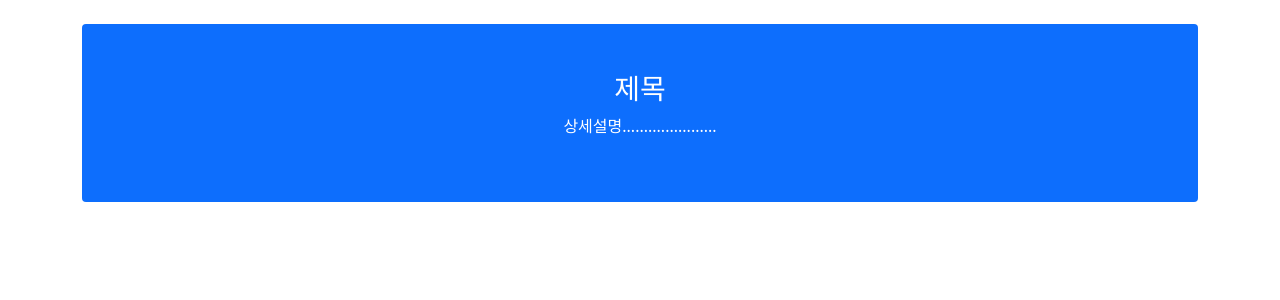
Repository: minokki/mino
Page: http://localhost/lec03_mvc/login/logout.jsp
The author's editor kept a copy of each file at every save. The page is drawn from the files as they stood at one save, then again after the next save.
The browser window is 1280 px wide. The pictures show the whole page.
Some web libraries are served in a nearby version. The page is served by Tomcat 9. Other server files are loaded and not shown.

Above is the page before, as saved 2022-12-28 03:09:07.

### spring/lec03_mvc/src/main/webapp/login/logout.jsp
<%@page language="java" contentType="text/html; charset=UTF-8" pageEncoding="UTF-8"%>
<%@taglib uri="http://java.sun.com/jsp/jstl/core" prefix="c" %>
<!DOCTYPE html>
<html>
<head>
   <title>Spring Framework</title>
   <meta charset="UTF-8">
    <meta name="viewport" content="width=device-width, initial-scale=1">
   <link rel="stylesheet" href="https://use.fontawesome.com/releases/v5.4.1/css/all.css"
      integrity="sha384-5sAR7xN1Nv6T6+dT2mhtzEpVJvfS3NScPQTrOxhwjIuvcA67KV2R5Jz6kr4abQsz"
      crossorigin="anonymous">
   <link href="https://cdn.jsdelivr.net/npm/bootstrap@5.0.2/dist/css/bootstrap.min.css" rel="stylesheet" integrity="sha384-EVSTQN3/azprG1Anm3QDgpJLIm9Nao0Yz1ztcQTwFspd3yD65VohhpuuCOmLASjC" crossorigin="anonymous">
   <script src="https://cdn.jsdelivr.net/npm/bootstrap@5.0.2/dist/js/bootstrap.bundle.min.js" integrity="sha384-MrcW6ZMFYlzcLA8Nl+NtUVF0sA7MsXsP1UyJoMp4YLEuNSfAP+JcXn/tWtIaxVXM" crossorigin="anonymous"></script>
</head>
<body>
   <div class="container" align="center">
      <div class="mt-4 p-5 bg-primary text-white rounded">
         <h3>제목</h3>
         <p>상세설명......................</p>

      </div>
      <br>


   </div>
</body>
</html>

After the next save:
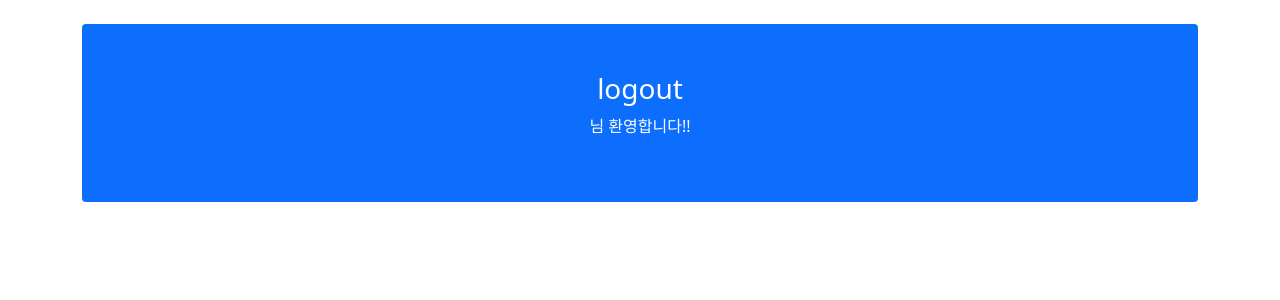
Saved 40 s later.
--- a/spring/lec03_mvc/src/main/webapp/login/logout.jsp
+++ b/spring/lec03_mvc/src/main/webapp/login/logout.jsp
@@ -15,8 +15,8 @@
 <body>
    <div class="container" align="center">
       <div class="mt-4 p-5 bg-primary text-white rounded">
-         <h3>제목</h3>
-         <p>상세설명......................</p>
+         <h3>logout</h3>
+         <p>${sessionScope.user.getId()} 님 환영합니다!!</p>
 
       </div>
       <br>
